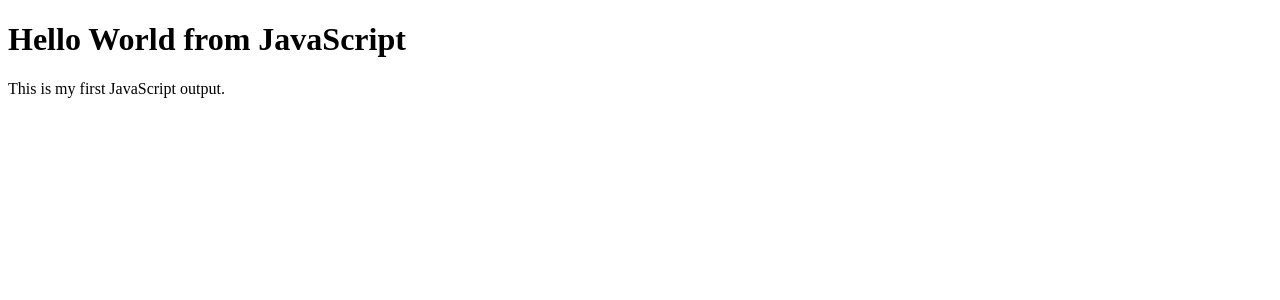
Repository: prasuv-karki/python
Page: js/index.html
These files come from the project's save history. The page is drawn as it stood at one moment and after the next save; the edit follows.
The browser window is 1280 px wide. The pictures show the whole page.

Above is the page before, as saved 2023-01-03 16:27:57.

### js/index.html
<!DOCTYPE html>
<html lang="en">
<head>
    <meta charset="UTF-8">
    <meta http-equiv="X-UA-Compatible" content="IE=edge">
    <meta name="viewport" content="width=device-width, initial-scale=1.0">
    <title>Hello World Using JavaScript
    </title>
</head>
<body>
    <div id="result"></div>
    <script>
        //document.write("<h1>Hello World</h1>");
        //console.log("Hello Log");

        document.getElementById("result").innerHTML="<h1>Hello World from JavaScript</h1>";
        document.getElementById("result").innerHTML+="<p>This is my first JavaScript output."

    </script>
</body>
</html>

After the next save:
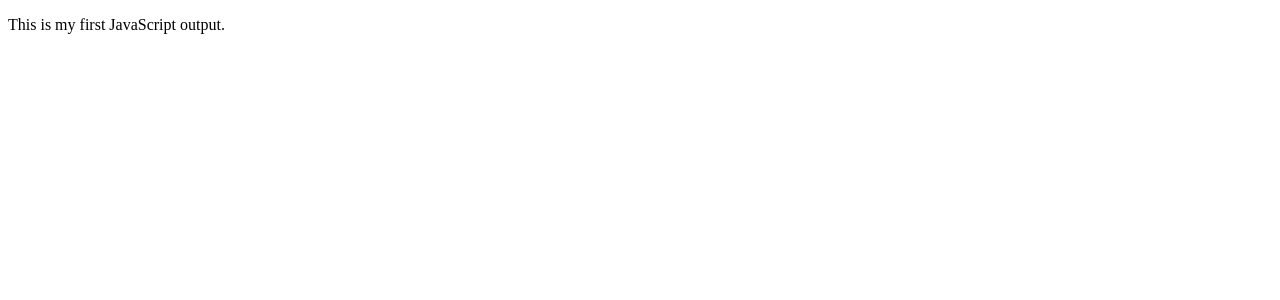
Saved 22 s later.
--- a/js/index.html
+++ b/js/index.html
@@ -14,7 +14,7 @@
         //console.log("Hello Log");
 
         document.getElementById("result").innerHTML="<h1>Hello World from JavaScript</h1>";
-        document.getElementById("result").innerHTML+="<p>This is my first JavaScript output."
+        document.getElementById("result").innerHTML="<p>This is my first JavaScript output."
 
     </script>
 </body>

After the save that followed:
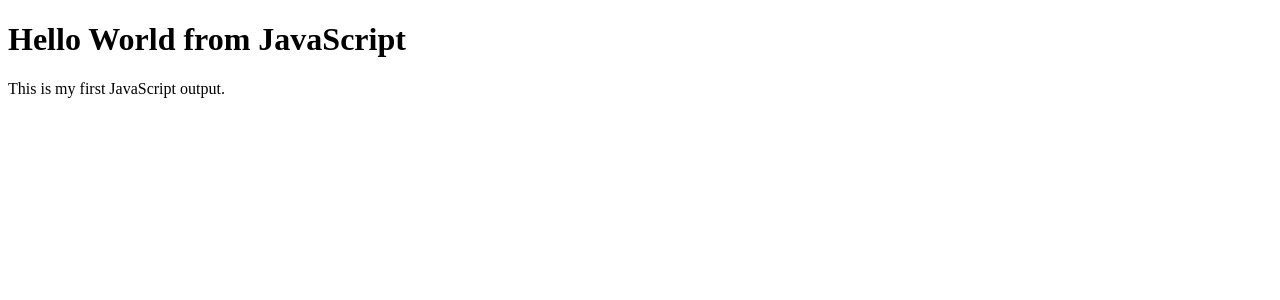
Saved 9 s later.
--- a/js/index.html
+++ b/js/index.html
@@ -14,7 +14,7 @@
         //console.log("Hello Log");
 
         document.getElementById("result").innerHTML="<h1>Hello World from JavaScript</h1>";
-        document.getElementById("result").innerHTML="<p>This is my first JavaScript output."
+        document.getElementById("result").innerHTML+="<p>This is my first JavaScript output."
 
     </script>
 </body>
